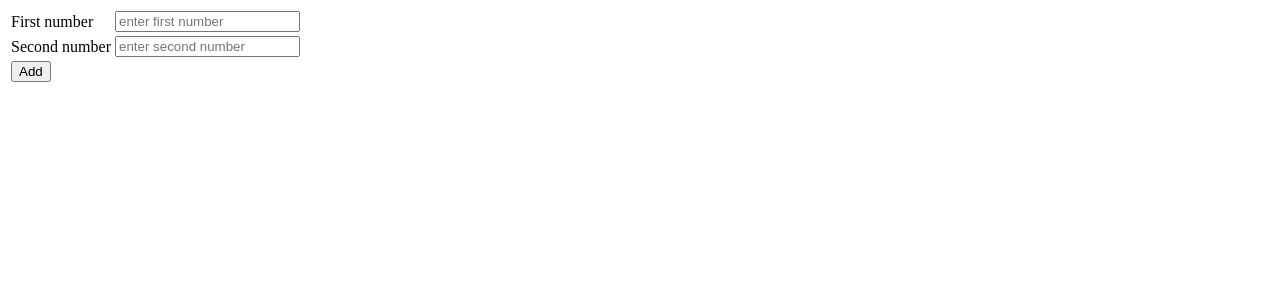
Repository: vima107/JDBC-CRUD-OPERATIONS
Page: addition/src/main/webapp/index.html
The author's editor kept a copy of each file at every save. The page is drawn from the files as they stood at one save, then again after the next save.
The browser window is 1280 px wide. The pictures show the whole page.

Above is the page before, as saved 2024-10-09 10:14:24.

### addition/src/main/webapp/index.html
<!DOCTYPE html>
<html>
<head>
<meta charset="UTF-8">
<title>Insert title here</title>
</head>
<body>

	<table>
	<form action="/addition/Add">
		<tr>
			<td>First number</td>
			<td><input type="text" name="firstNumber" placeholder="enter first number"></td>
		</tr>
		<tr>
			<td>Second number</td>
			<td><input type="text" name="secondNumber" placeholder="enter second number"></td>
		</tr>
		<tr>
			<td><input type="submit" value="Add"></td>
		</tr>
	</form>
	</table>
</body>
</html>

After the next save:
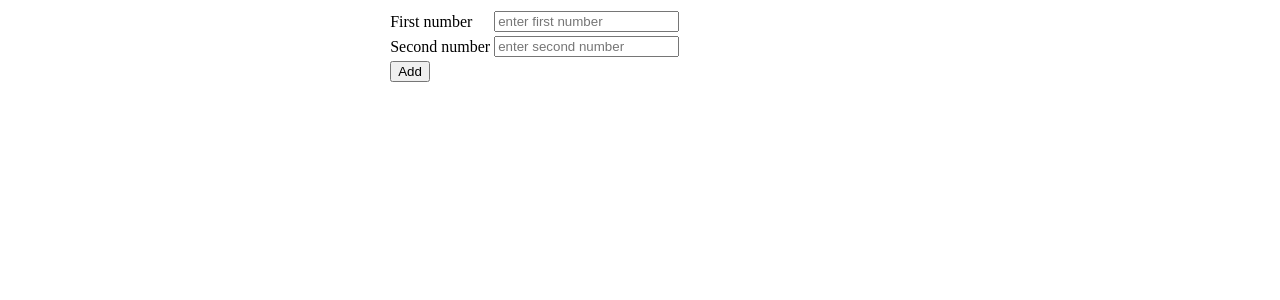
Saved 27 min 56 s later.
--- a/addition/src/main/webapp/index.html
+++ b/addition/src/main/webapp/index.html
@@ -6,7 +6,7 @@
 </head>
 <body>
 
-	<table>
+	<table style="margin-left:30%">
 	<form action="/addition/Add">
 		<tr>
 			<td>First number</td>
